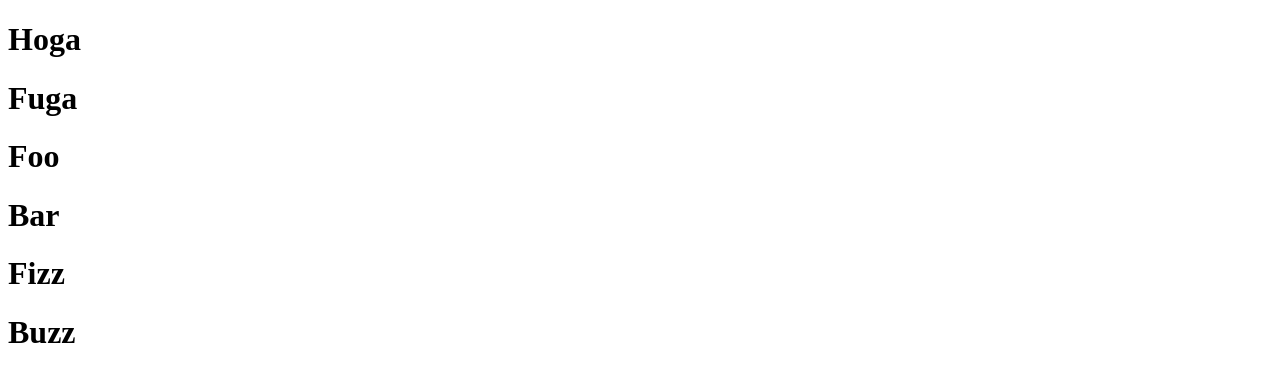
Repository: nya5/samurai_HTML-CSS
Page: 練習.html
The author's editor kept a record of every edit. The page is drawn from the files as they stood at one moment, then again after the next edit.
The browser window is 1280 px wide. The pictures show the whole page.

Above is the page before.

### 練習.html
<!DOCTYPE html>
<html lang="ja">
 <head>
    <style>
　  　    #grid {
　　        display: grid;
　　        grid-template-columns: 100px 100px;
　　        grid-template-rows: 100px 100px 100px;
　　    }
　　</style>
 </head>
 <body>
     <div id="grid">
        <h1>Hoga</h1>
        <h1>Fuga</h1>
        <h1>Foo</h1>
        <h1>Bar</h1>
        <h1>Fizz</h1>
        <h1>Buzz</h1>
     </div>
 </body>
</html>

After the next edit:
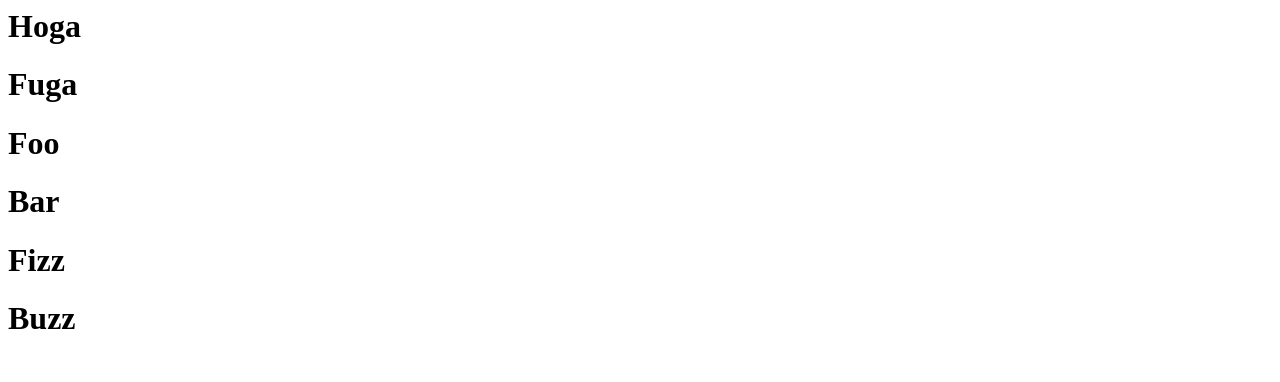
The edit:
--- a/練習.html
+++ b/練習.html
@@ -1,4 +1,3 @@
-<!DOCTYPE html>
 <html lang="ja">
  <head>
     <style>
